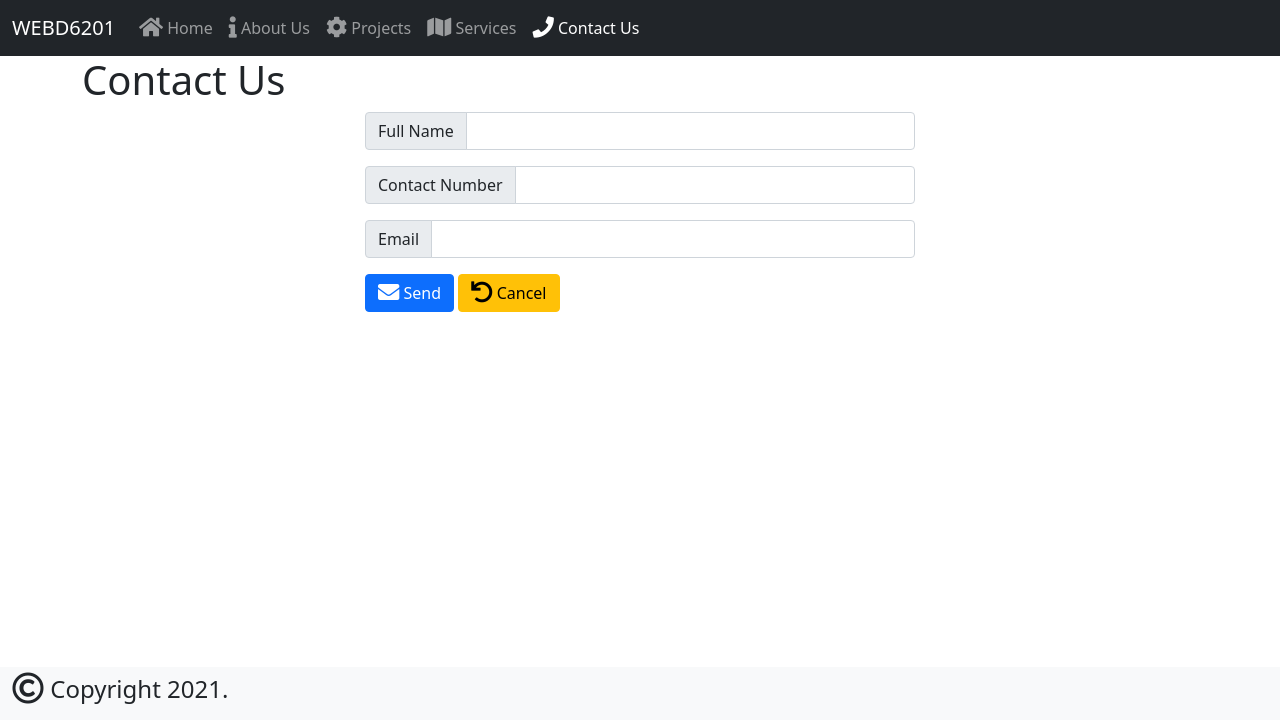
Repository: MuzhdaEhsan/WEBD6201-W2021-Lab1
Page: user.html
The author's editor kept a copy of each file at every save. The page is drawn from the files as they stood at one save, then again after the next save.
The browser window is 1280 px wide. The pictures show the whole page.

Above is the page before, as saved 2021-02-05 23:49:29.

### user.html
<!DOCTYPE html>
<html lang="en">
<head>
    <meta charset="UTF-8">
    <meta name="viewport" content="width=device-width, initial-scale=1.0">

    <!-- CSS Section -->
    <link rel="stylesheet" href="./node_modules/bootstrap/dist/css/bootstrap.min.css">
    <link rel="stylesheet" href="./node_modules/@fortawesome/fontawesome-free/css/all.min.css">
    <link rel="stylesheet" href="./Content/app.css">
</head>
<body>
    <!-- Main Header -->
    <header>
        <!-- Main Navigation -->
        <nav class="navbar navbar-expand-lg navbar-dark bg-dark">
            <div class="container-fluid">
              <a class="navbar-brand" href="index.html">WEBD6201</a>
              <button class="navbar-toggler" type="button" data-bs-toggle="collapse" data-bs-target="#navbarSupportedContent" aria-controls="navbarSupportedContent" aria-expanded="false" aria-label="Toggle navigation">
                <span class="navbar-toggler-icon"></span>
              </button>
              <div class="collapse navbar-collapse" id="navbarSupportedContent">
                <ul class="navbar-nav me-auto mb-2 mb-lg-0">
                  <li class="nav-item">
                    <a class="nav-link" aria-current="page" href="index.html"><i class="fas fa-home fa-lg"></i> Home</a>
                  </li>

                  <li class="nav-item">
                    <a class="nav-link" aria-current="page" href="about.html"><i class="fas fa-info fa-lg"></i> About Us</a>
                  </li>

                  <li class="nav-item">
                    <a class="nav-link" aria-current="page" href="projects.html"><i class="fas fa-cog fa-lg"></i> Projects</a>
                  </li>

                  <li class="nav-item">
                    <a class="nav-link" aria-current="page" href="services.html"><i class="fas fa-map fa-lg"></i> Services</a>
                  </li>

                  <li class="nav-item">
                    <a class="nav-link active" aria-current="page" href="contact.html"><i class="fas fa-phone fa-lg"></i> Contact Us</a>
                  </li>
                </ul>
              </div>
            </div>
          </nav>
    </header>

    <!-- Main Content -->
    <main class="container">
        <h1>Contact Us</h1>
        <div id="messageArea"></div>

        <div class="row justify-content-lg-center g-3">
          <form class="col-lg-6 col-md-10 col-sm-10">

            <div class="input-group mb-3">
              <span class="input-group-text" id="inputGroup-sizing-default">Full Name </span>
              <input id="fullName" type="text" class="form-control" aria-label="Full Name" aria-describedby="Full Name Input"
              name="fullName" required>
            </div>

            <div class="input-group mb-3">
              <span class="input-group-text" id="inputGroup-sizing-default">Contact Number</span>
              <input id="contactNumber" type="tel" class="form-control" aria-label="Contact Number" aria-describedby="Contact Number Input"
              name="contactNumber" required>
            </div>

            <div class="input-group mb-3">
              <span class="input-group-text" id="inputGroup-sizing-default">Email</span>
              <input id="emailAddress" type="email" class="form-control" aria-label="Email Address" aria-describedby="Email Address Input"
              name="emailAddress" required>
            </div>

            <button id="sendButton" type="submit" class="btn btn-primary"><i class="fas fa-envelope fa-lg"></i> Send</button>
            <button id="cancelButton" type="reset" class="btn btn-warning"><i class="fas fa-undo fa-lg"></i> Cancel</button>
          </form>




        </div>
    </main>

    <!-- Main Footer -->
    <footer>
        <nav class="navbar fixed-bottom navbar-light bg-light">
            <div class="container-fluid">
              <h4><i class="far fa-copyright fa-lg"></i> Copyright 2021.</h4>
            </div>
          </nav>
    </footer>

    <!-- Script Section-->
    <script src="./node_modules/jquery/dist/jquery.min.js"></script>
    <script src="./node_modules/bootstrap/dist/js/bootstrap.bundle.min.js"></script>
    <script src="./Scripts/contact.js"></script>
    <script src="./Scripts/app.js"></script>
</body>
</html>

### Scripts/contact.js

"use strict";
// contact class
class Contact
{
  // getters and Setters for private variables
  get FullName()
  {
    return this.m_fullName;
  }
  set FullName(value)
  {
    this.m_fullName = value;
  }
  get ContactNumber()
  {
    return this.m_contactNumber;
  }
  set ContactNumber(value)
  {
    this.m_contactNumber = value;
  }
  get EmailAddress()
  {
    return this.m_emailAddress;
  }
  set EmailAddress(value)
  {
    this.m_emailAddress = value;
  }

  // constructor
  /**
   *
   * @param {string} fullName
   * @param {string} contactNumber
   * @param {string} emailAddress
   */
  constructor(fullName = "", contactNumber = "", emailAddress = "")
  {
    this.FullName = fullName;
    this.ContactNumber = contactNumber;
    this.EmailAddress = emailAddress;
  }
  /**
   * this method override the built-in toString for the Contact class
   * @returns {string}
   */
  toString()
  {
    return `Full Name:     ${this.m_fullName}\nContact Number: ${this.m_contactNumber}\nEmail Address: ${this.m_emailAddress}`;
  }

  /**
   * this method returns a json object
   */
  toJSON()
  {
    return{
      "fullName": this.FullName,
      "contactNumber": this.ContactNumber,
      "emailAddress": this.EmailAddress
    }
  }

  /**
   * this method converts the contact into a comma separated value string
   * @params {string}
   */
  serialize()
  {

    if (this.fullName !== "" && this.ContactNumber !== "" && this.EmailAddress !== "")
    {
      return `${this.FullName},${this.ContactNumber},${this.EmailAddress}`;
    }

    else
    {
      console.error("One or more properties are empty!");
      return null;
    }

  }
/**
 * this method takes the comma separated data string and assigns the values to the contact class properties
 * @param {string} data
 * @return {void}
 */
  deserialize(data)
  {
      let propertyArray = data.split(",");
      this.FullName = propertyArray[0];
      this.ContactNumber = propertyArray[1];
      this.EmailAddress = propertyArray[2];
  }
}

### Scripts/app.js
/*
@author: Muzhda Ehsan
@date: 27-Jan-2021
*/
/* custom JavaScript goes here */

//IIFE - Immediately Invoked Function Expression
//AKA - Anonymous Self-Executing Function
//Closure - limits scope leak

"use strict";

let myContact =
{
  "firstName":"Muzhda",
  "contactNumber":"234234",
  "emailAddress":"muzhda@gmail.com",
  "saysHello":function()
  {
    console.log(`${fullName} says Hello`);
  },
  "someOtherObject": {
    "friendsList": [
      "Peter Parker", "Tony Stark", "Stephen Strange"
    ]
  }
};


(function()
{




    function displayHome()
    {
      let imageSize = "1500px 7000px";
      let imageUrl2 = `url('./grayImage.png')`;
      //document.body.style.backgroundImage = "url('./download.jpg')";
      let bodyImage = document.body.style;
      bodyImage.backgroundSize = imageSize;
      bodyImage.backgroundImage = imageUrl2;



        //let paragraphOneText =
         // "This is a simple site to demonstrate DOM Manipulation for ICE 1";

        //let paragraphOneElement = document.getElementById("paragraphOne");

        //paragraphOneElement.textContent = paragraphOneText;
        //paragraphOneElement.className = "fs-5";

        // Step 1. document.createElement
        let newParagraph = document.createElement("p");
        // Step 2. configure the element
        //newParagraph.setAttribute("id", "paragraphTwo");
        //newParagraph.textContent = "...And this is paragraph two";
        // Step 3. select the parent element
        let mainContent = document.getElementsByTagName("main")[0];
        // Step 4. Add / Insert the element
         mainContent.appendChild(newParagraph);

         let navItem = document.createElement("li");
         navItem.className = "nav-item";
         navItem.textContent = `<a class="nav-link" aria-current="page" href="HumanResource.html"><i class="fas fa-tags"></i> Human Resource</a>`;


        //newParagraph.className = "fs-6";

        // another way of injecting content
        //let paragraphDiv = document.createElement("div");
        //let paragraphThree = `<p id="paragraphThree" class="fs-7 fw-bold">And this is the Third Paragraph</p>`;
        //paragraphDiv.innerHTML = paragraphThree;

        // insertions

        // example of inserting before a node
        //newParagraph.before(paragraphDiv);

        // example of inserting after a node
        //newParagraph.after(paragraphDiv);


        // add image
        //let image = document.createElement("div");
        //let imageUrl = `<img src="./download.jpg" alt="Girl in a jacket" width="500" height="600">`;
        //image.innerHTML = imageUrl
        //newParagraph.before(image);

        // paragraph details
        let paragraphMain = document.createElement("div");
        let paragraphIndex = `<p id="mainParagraph" class="fs-7 fw-bold">I am a student at Durham College in Computer Programming Analyst program.
        I have a background of software developer in a company with senior developers.
        I have gained various experiences and I have my own ideas and views. I will try my best to work independently
        or to have my own company. I like the atmosphere of startups and entrepreneurship and I try not to be unaware of it</p>`;
        paragraphMain.innerHTML = paragraphIndex;

        newParagraph.before(paragraphMain);


        // deletions

        // example of removing a single element
        //paragraphOneElement.remove();

        // example of removeChild
        //mainContent.removeChild(paragraphOneElement);

        // update / modification
        //mainContent.firstElementChild.textContent = "Welcome Home!";

        //mainContent.innerHTML = `<h1 id="firstHeading">Welcome to WEBD6201 - Lab 2</h1>`;


    }

    function displayAbout()
    {

    }

    function displayProjects()
    {
      let newParagraph = document.createElement("p");

      // Step 3. select the parent element
      let mainContent = document.getElementsByTagName("main")[0];
      // Step 4. Add / Insert the element
       mainContent.appendChild(newParagraph);
      // add image
       let image = document.createElement("div");
       let imageUrl = `<img src="./thirdpic.PNG" alt="" width="300" height="300">`;
       image.innerHTML = imageUrl
       newParagraph.before(image);

       let paragraphMain = document.createElement("div");
       let paragraphIndex = `<p id="mainParagraph" class="fs-7 fw-bold">Tesla, Inc., is an American electric vehicle and clean energy company
        based in Palo Alto, California. This website was designed to show provide some information about Tesla.</p>`;
        paragraphMain.innerHTML = paragraphIndex;

        newParagraph.before(paragraphMain);

        // add image
       //let image2 = document.createElement("div");
       //let imageUrl2 = `<img src="./Untitled.png" alt="" width="300" height="300">`;

       //image.innerHTML = imageUrl2
       //newParagraph.after(image2);



    }

    function displayServices()
    {

    }

    function displayContact()
    {
        let messageArea = document.getElementById("messageArea");
        messageArea.hidden = true;

        // form validation
        let fullName = document.getElementById("fullName");
        fullName.addEventListener("blur", function() {
            if(fullName.value.length < 2)
            {
                fullName.focus();
                fullName.select();
                messageArea.hidden = false;
                messageArea.className = "alert alert-danger";
                messageArea.textContent = "Please enter an appropriate Name";
            }
            else
            {
                messageArea.removeAttribute("class");
                messageArea.hidden = true;
            }
        });

        let sendButton = document.getElementById("sendButton");
        sendButton.addEventListener("click", function(event){
           // event.preventDefault();

            let contact = new Contact(fullName.value, contactNumber.value, emailAddress.value);

            if(contact.serialize())
            {
              localStorage.setItem((localStorage.length + 1).toString(), contact.serialize());

            }

            //console.log(contact.toString());
            //console.log(contact.serialize());
        });
    }

    function displayContactList()
    {
      if (localStorage.length > 0)
      {
        let contactList = document.getElementById("contactList");

        let data = "";

        for (let index = 0; index < localStorage.length; index++)
        {
          let contactData = localStorage.getItem((index + 1).toString());

          console.log(contactData);
          let contact = new Contact();
          contact.deserialize(contactData);

          data += `<tr>
          <th scope="row">${index + 1}</th>
          <td>${contact.FullName}</td>
          <td>${contact.ContactNumber}</td>
          <td>${contact.EmailAddress}</td>
        </tr>`;
        }

        contactList.innerHTML = data;
      }


    }

    function Start()
    {
        console.log("App Started...");

        switch (document.title)
        {
          case "Home":
              displayHome();
            break;
          case "About":
              displayAbout();
            break;
          case "Projects":
              displayProjects();
            break;
          case "Services":
              displayServices();
            break;
          case "Contact":
              displayContact();
            break;
            case "Contact-List":
              displayContactList();
            break;
        }

    }

    window.addEventListener("load", Start);

})();

Loaded but not shown: node_modules/bootstrap/dist/css/bootstrap.min.css (library); node_modules/@fortawesome/fontawesome-free/css/all.min.css (library); Content/app.css (common file); node_modules/jquery/dist/jquery.min.js (library); node_modules/bootstrap/dist/js/bootstrap.bundle.min.js (library)

After the next save:
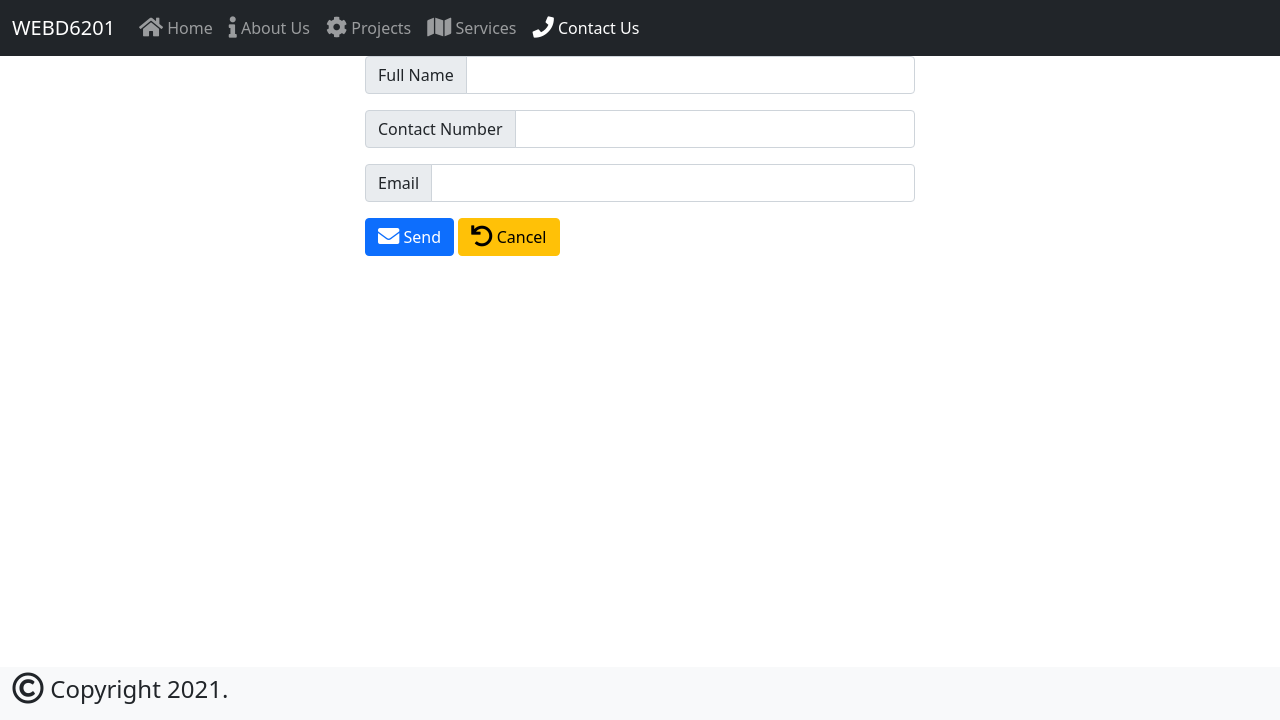
Saved 23 s later.
--- a/user.html
+++ b/user.html
@@ -48,7 +48,7 @@
 
     <!-- Main Content -->
     <main class="container">
-        <h1>Contact Us</h1>
+
         <div id="messageArea"></div>
 
         <div class="row justify-content-lg-center g-3">
